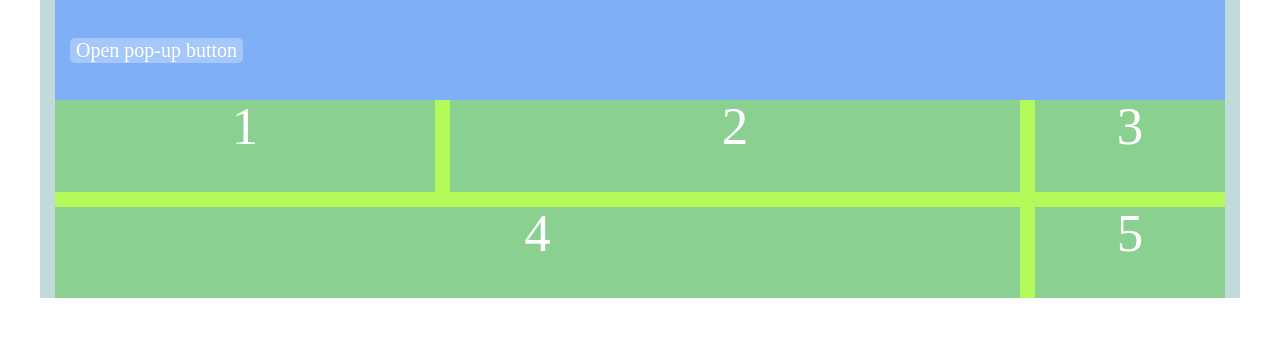
Repository: Evgenius190999999/nodasoft
Page: index.html
The author's editor kept a copy of each file at every save. The page is drawn from the files as they stood at one save, then again after the next save.
The browser window is 1280 px wide. The pictures show the whole page.
Some web libraries are served in a nearby version. The style sheet was rebuilt from its Sass, Less or Tailwind sources for each picture, by a compiler version that may differ from the author's.

Above is the page before, as saved 2022-07-08 14:49:42.

### index.html
<!DOCTYPE html>
<html lang="en">

<head>
    <meta charset="UTF-8">
    <meta http-equiv="X-UA-Compatible" content="IE=edge">
    <meta name="viewport" content="width=device-width, initial-scale=1.0">
    <link rel="stylesheet" href="./style/normalize.css">
    <link rel="stylesheet" href="./style/reset.css">
    <link rel="stylesheet" href="./style/style.css">
    <script src="https://kit.fontawesome.com/33ab42410f.js" crossorigin="anonymous"></script>
    <title>Nodasoft</title>
</head>

<body>
    <div class="wrapper ">
        <header class="header container">
            <button class="open__popup">Open pop-up button</button>
        </header>
        <div class="parent container">
            <div class="div1">1</div>
            <div class="div2">2</div>
            <div class="div3">3</div>
            <div class="div4">4</div>
            <div class="div5">5</div>
        </div>
    </div>

</body>

</html>

### style/sass/style.sass

*, *::after, *::before
    box-sizing: border-box

.wrapper
    max-width: 1200px
    margin: 0 auto
    background: #C0DBD9

.header
    display: flex
    align-items: center
    justify-content: flex-start
    padding: 0 15px
    background: #7FAFF7
    height: 100px

.container
    max-width: 1170px
    margin: 0 auto

.open__popup
    background: #A5C7F9
    border-radius: 5px
    border: none
    font-size: 20px
    line-height: 23px
    color: #FFFFFF
    cursor: pointer

.parent
    display: grid
    grid-template-columns: 2fr 3fr 1fr
    grid-template-rows: repeat(2, 1fr)
    grid-column-gap: 15px
    grid-row-gap: 15px
    background: #B3F95A
    text-align: center
    font-size: 53px
    color: #FFFFFF
    height: 198px

.div1
    grid-area: 1 / 1 / 2 / 2
    background: #8AD191
.div2
    grid-area: 1 / 2 / 2 / 3
    background: #8AD191
.div3
    grid-area: 1 / 3 / 2 / 4
    background: #8AD191
.div4
    grid-area: 2 / 1 / 3 / 3
    background: #8AD191
.div5
    grid-area: 2 / 3 / 3 / 4
    background: #8AD191

Loaded but not shown: style/normalize.css (library); style/reset.css (common file)

After the next save:
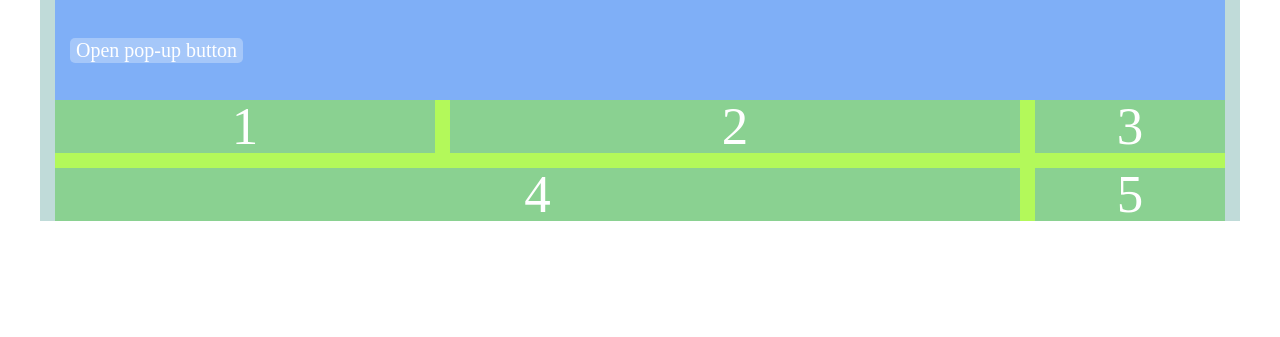
Saved 5 s later.
--- a/style/sass/style.sass
+++ b/style/sass/style.sass
@@ -38,7 +38,6 @@
     text-align: center
     font-size: 53px
     color: #FFFFFF
-    height: 198px
 
 .div1
     grid-area: 1 / 1 / 2 / 2
